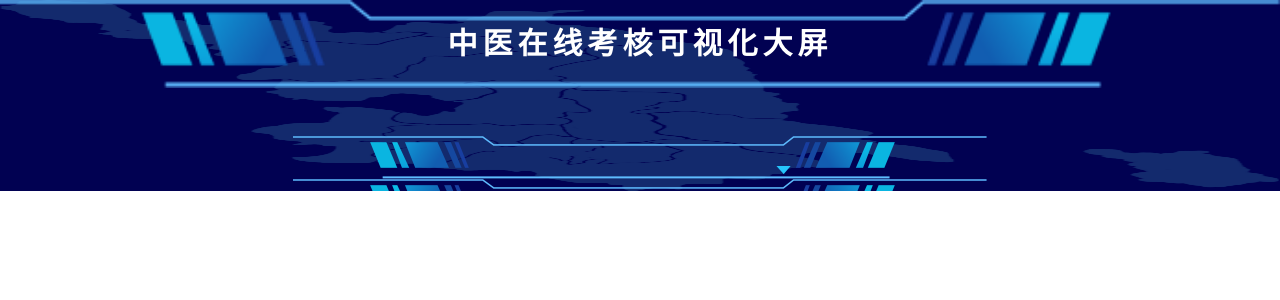
Repository: krislorem/medicine-online-datascreen-vue
Page: /
The author's editor kept a copy of each file at every save. The page is drawn from the files as they stood at one save, then again after the next save.
The browser window is 1280 px wide. The pictures show the whole page.
The project was rebuilt for these pictures with package versions that can differ from the ones it lists, and the page was loaded fresh each time. Also part of the build but not shown: vite.config.ts.

Above is the page before, as saved 2024-12-04 11:40:36.
Console error (its wording comes from the project's code and is left out).

After the next save:
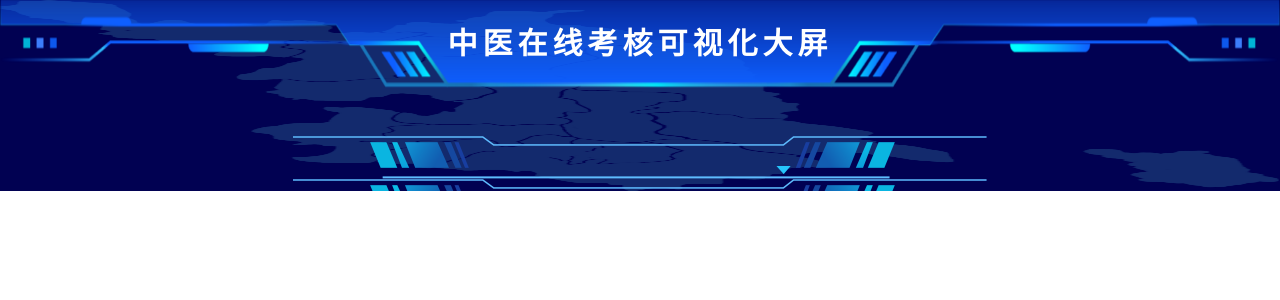
Saved 50 s later.
--- a/src/views/HomeView.vue
+++ b/src/views/HomeView.vue
@@ -27,7 +27,7 @@ body {
 }
 
 .home nav {
-  background-image: url(/nav.png);
+  background-image: url(/dingbu.png);
   background-size: 100% 100%;
   background-repeat: no-repeat;
   overflow: hidden;
